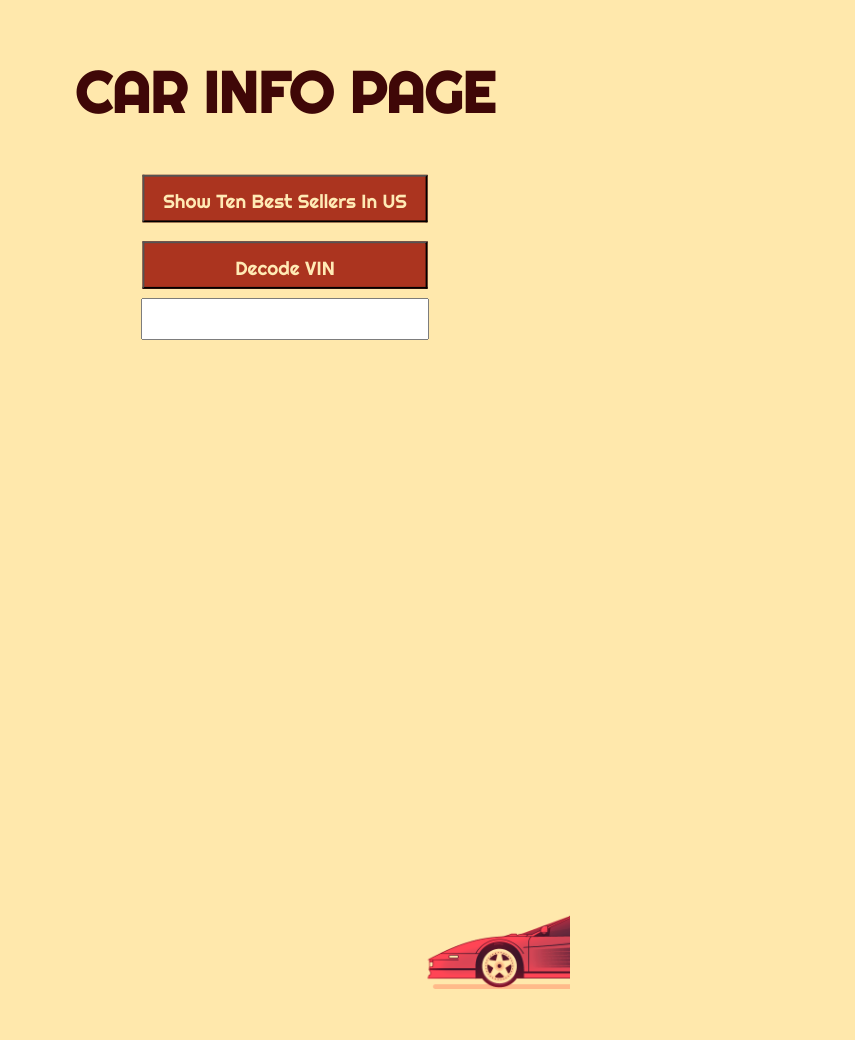
Repository: shadowmare358/vueVinCheck
Page: /
The author's editor kept a copy of each file at every save. The page is drawn from the files as they stood at one save, then again after the next save.
The browser window is 600 px wide. The page is 600 px wide, then 900 px, so the pictures cover 900 px, including what lies to the right of the window. The pictures show the whole page, at 95% of full size.
The project was rebuilt for these pictures with package versions that can differ from the ones it lists, and the page was loaded fresh each time.

Above is the page before, as saved 2019-11-05 11:58:30.

### public/index.html
<!DOCTYPE html>
<html lang="en">
  <head>
    <meta charset="utf-8">
    <meta http-equiv="X-UA-Compatible" content="IE=edge">
    <meta name="viewport" content="width=device-width,initial-scale=1.0">
    <link rel="icon" href="<%= BASE_URL %>favicon.ico">
    <title>vue-carconfig</title>
  </head>
  <body>
    <noscript>
      <strong>We're sorry but vue-carconfig doesn't work properly without JavaScript enabled. Please enable it to continue.</strong>
    </noscript>
    <div id="app"></div>
    <!-- built files will be auto injected -->
  </body>
</html>

### src/App.vue
<template>
  <div id="app">
    <search></search>
     <div id="car"></div>
  </div>

</template>

<script>
import Search from './components/Search.vue'

export default {
  name: 'app',
  components: {
    Search
  }
}

</script>

<style>
#app {
  font-family: 'Avenir', Helvetica, Arial, sans-serif;
  -webkit-font-smoothing: antialiased;
  -moz-osx-font-smoothing: grayscale;
  text-align: center;
  color:rgb(63, 7, 7);
  margin-top: 60px;
  background-size: cover;

}
body{
margin: 0;
padding: 0;
overflow: hidden;
background-color: #FFE8AC;
}
#car{
  position: absolute;
  top: 90%;
  left: 50%;
  transform:translate(-50%,-50%);
  width: 800px;
  height: 600px;
  background-image: url('./img/car.gif');
  z-index: -1;
}
@media (max-width: 700px){
  #car{
    width: 400px;
    height: 500px;
    transform: scale(0.5)
  }
}
</style>

### src/components/Search.vue
<template>
  <div class="search">
    <h1>CAR INFO PAGE</h1>
    <nav>
    <button class="btn-one" v-on:click="getPopularCarResults()">Show Ten Best Sellers In US</button>
    <button class="btn-one" v-on:click="getVIN()">Decode VIN</button>
    <input v-model="vin" v-on:keyup.enter="getVIN()">
    </nav>
    <div v-if="!carResults"></div>
    <ul v-if="showCarResults">
        <li v-for="result in carResults" v-bind:key="result.id">{{result.make}} {{result.model}} Number of cars sold: {{result.count}}</li>
    </ul>
<div v-if="showVinResults">
    <p>Year {{vinResults.year ? vinResults.year : "no info"}}</p>
    <p>Brand {{vinResults.make ? vinResults.make : "no info"}}</p>
    <p>Model {{vinResults.model ? vinResults.model : "no info"}}</p>
    <p>Engine {{vinResults.engine ? vinResults.engine : "no info"}}</p>
    <p>Drive train {{vinResults.drivetrain ? vinResults.drivetrain : "no info"}}</p>
    <p>Transmission {{vinResults.transmission ? vinResults.transmission : "no info" }}</p>
    <p>Cylinders {{vinResults.cylinders}}</p>
</div>

  </div>
</template>

<script>
export default {
  name: "search",
  data() {
    return {
      msg: "Search",
      query: "",
      carResults: "",
      imagesResults: [],
      vinResults: [],
      modelInfo: "",
      vin: "",
      showCarResults: false,
      showVinResults: false
    };
  },
  methods: {
    async getPopularCarResults() {
        const marketApiKey = "NuJ2q06UO5TRrFU2QfhteMzvIPRz5sNu"
      await fetch(
        `https://marketcheck-prod.apigee.net/v1/popular/cars?api_key=${marketApiKey}&car_type=new`
      )
        .then(response => response.json())
        .then(myJson => this.carResults = myJson.slice(0,10))
        .catch(err => alert(`Cannot get requested data ${err}`));
        this.showVinResults=false;
        this.showCarResults=true;
    },
    async getImageResults(){
         const cxKey = '001912728085642910227:akqkacx3uim';
         const googleApiKey = 'AIzaSyCAJ2rKXL-X_daAy2dveCO--E5ciLgIK6k';
        const carResult = this.carResults[0];

       await fetch(
        `https://www.googleapis.com/customsearch/v1?q=${carResult}&key=${googleApiKey}&cx=${cxKey}&searchType=image&fileType=jpg&imgSize=small&alt=json`
      )
        .then(response => response.json())
        .then(myJson => this.imagesResults = myJson.items)
        .catch(err => alert(`Cannot get requested data ${err}`));
  },
  async getVIN(){
    if(this.vin != ""){
     await fetch(
        `http://marketcheck-prod.apigee.net/v1/vin/${this.vin}/specs?api_key=NuJ2q06UO5TRrFU2QfhteMzvIPRz5sNu`,{
          method: 'GET',
          host: "marketcheck-prod.apigee.net",
          headers:{
            "Content-type": "application/json",
            "Return-type": "Build"
          }
        }
      )
        .then(response => response.json())
        .then(myJson => JSON.stringify(this.vinResults = myJson))
        .catch(err => alert(`Cannot get requested data ${err}`));
        this.showCarResults=false;
        this.showVinResults=true;
    }else{
      this.vin="Type something!"
    }

  }
}
};
</script>
<style  scoped>
@import url('https://fonts.googleapis.com/css?family=Righteous&display=swap');
*{
    font-family: 'Righteous', sans-serif;
}
.btn-one {

  font-size: 20px;
  font-weight: bold;
  line-height: 50px;
    height: 50px;
    text-align: center;
    width: 300px;
    font-weight: 100;
    outline: darkred;
    cursor: pointer;
    color: #FFE8AC;;
    transition: all 0.3s;
    position: relative;
    margin: 10px;
    background-color: rgb(161, 29, 6);
}
.btn-one span {
    transition: all 0.3s;
}
.btn-one::before {
    content: '';
    position: absolute;
    bottom: 0;
    left: 0;
    width: 100%;
    height: 100%;
    z-index: 1;
    opacity: 0;
    transition: all 0.3s;
    border-top-width: 1px;
    border-bottom-width: 1px;
    border-top-style: solid;
    border-bottom-style: solid;
    border-top-color: rgba(255,255,255,0.5);
    border-bottom-color: rgba(255,255,255,0.5);
    transform: scale(0.1, 1);
}
.btn-one:hover span {
    letter-spacing: 2px;
}
.btn-one:hover::before {
    opacity: 1;
    transform: scale(1, 1);
}
.btn-one::after {
    content: '';
    position: absolute;
    bottom: 0;
    left: 0;
    width: 100%;
    height: 100%;
    z-index: 1;
    transition: all 0.3s;
    background-color: rgba(255,255,255,0.1);
}
.btn-one:hover::after {
    opacity: 0;
    transform: scale(0.1, 1);
}
p{
  margin: 10px;
  font-weight: bold;
  font-size: 24px;
}
li{
  margin: 10px;
  font-weight: bold;
  font-size: 24px;
  list-style:none;
}
li:nth-child(1){
  font-size: 30px;
  color:rgb(63, 7, 7);
  text-decoration: underline;
}
li:nth-child(2){
  font-size: 28px;
}
li:nth-child(3){
  font-size: 28px;
}
h1{
  font-size: 60px;
}
input{
  margin: 0;
  padding: 0;
  width: 300px;
  height: 40px;
  line-height: 1rem;
  font-size: 25px;
  text-align: center;
  font-weight: bold;
  outline:rgb(63, 7, 7);
}
</style>

Loaded but not shown: src/main.js (common file)

After the next save:
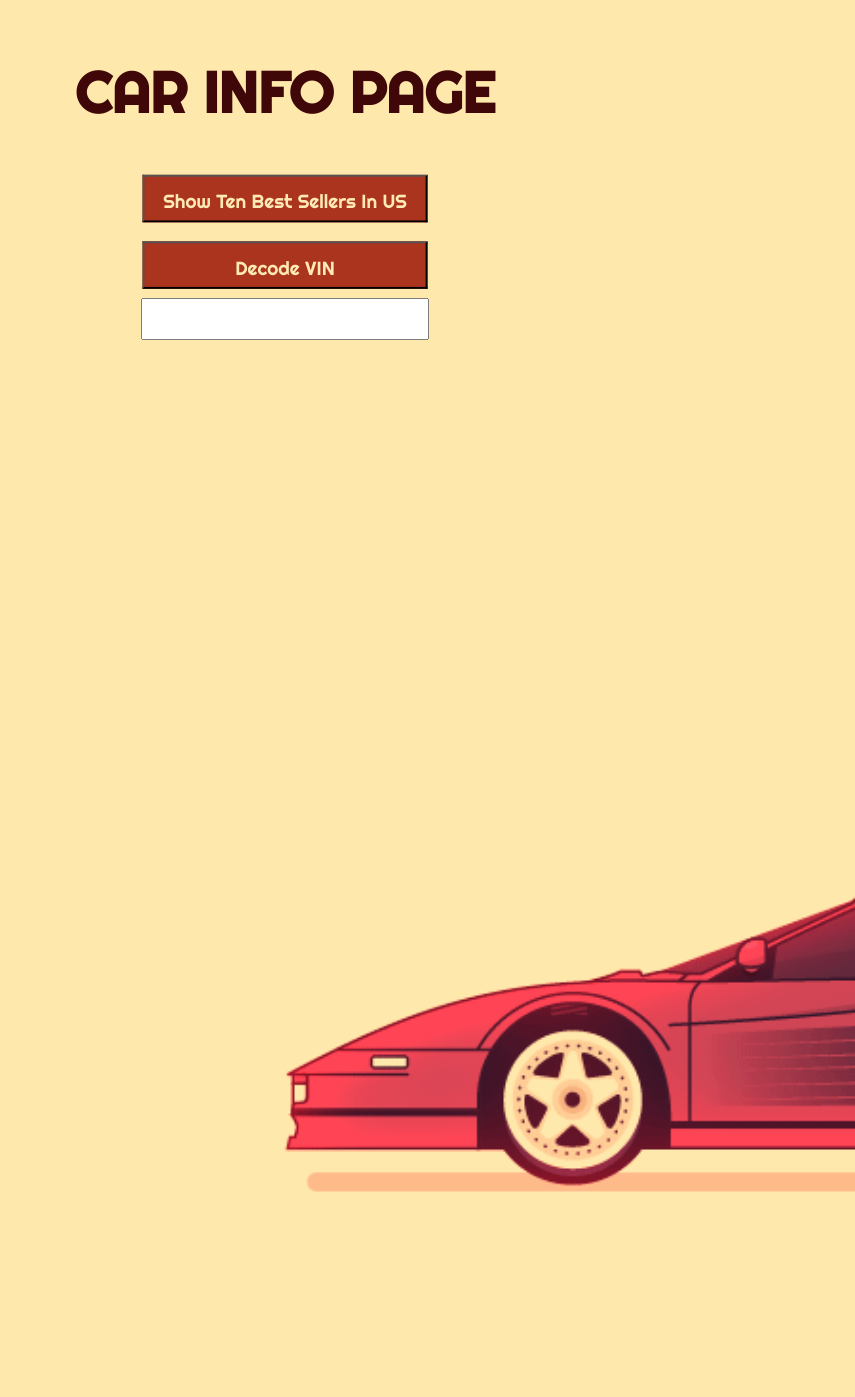
Saved 12 s later.
--- a/src/App.vue
+++ b/src/App.vue
@@ -49,7 +49,7 @@
   #car{
     width: 400px;
     height: 500px;
-    transform: scale(0.5)
+    transform: scale(2)
   }
 }
 </style>
